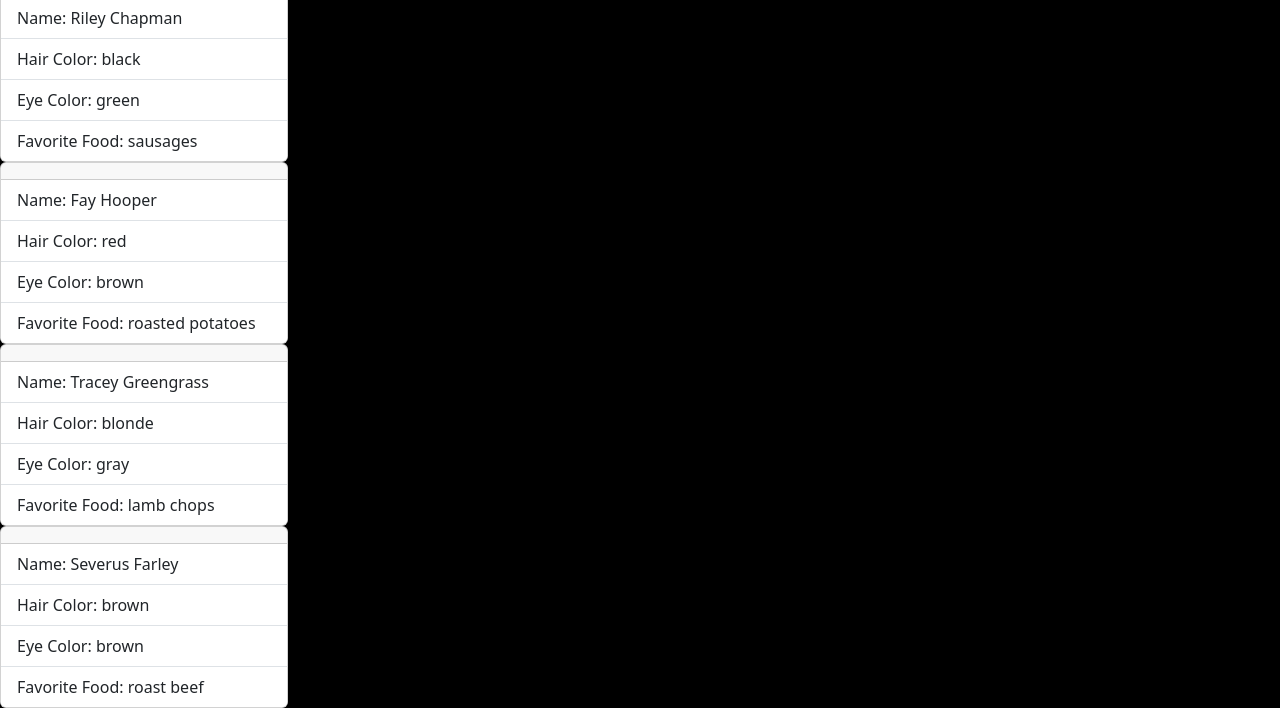
Repository: jontslater/INDIVIDUAL-PROJECT-sorting-hat
Page: index.html
The author's editor kept a copy of each file at every save. The page is drawn from the files as they stood at one save, then again after the next save.
The browser window is 1280 px wide. The pictures show the part of the page from y = 541 to 1249 px (the page is 1249 px tall).
A picture or video elsewhere on the page could not be fetched, so the positions and the page height are approximate.

Above is the page before, as saved 2023-10-30 20:04:54.

### index.html
<!DOCTYPE html>
<html lang="en">
<head>
  <meta charset="UTF-8">
  <meta name="viewport" content="width=device-width, initial-scale=1.0">
  <title>SortingHat</title>

  <link href="https://cdn.jsdelivr.net/npm/bootstrap@5.3.2/dist/css/bootstrap.min.css" rel="stylesheet" integrity="sha384-T3c6CoIi6uLrA9TneNEoa7RxnatzjcDSCmG1MXxSR1GAsXEV/Dwwykc2MPK8M2HN" crossorigin="anonymous">
  <link rel="stylesheet" href="main.css">
</head>
<body>
  <div class="card">
    <div class="card-header">
      <img src="https://media.tenor.com/vkDuuNm40XoAAAAd/hogwarts-legacy-warner-bros-interactive-entertainment.gif" alt="">
    </div>
    <div class="card-body">
      <h5 class="card-title">Hello, I am the sorting hat!</h5>
      <p class="card-text">Right. Right then. Hmmmm. Right.... You are going to house .... </p>
      <button id="btn">Click here</button>
      <form id="form" class="names">
       <input type="text" id="firstLast" />First Name
       <input type="text" id="firstLast" />Last Name
       <input type="text" id="firstLast" />Hair color
       <input type="text" id="firstLast" />Eye color
       <input type="text" id="firstLast" />Favorite food
       <button type="submit" class="btn btn-primary">Enter House</button>
     </form>

    </div>
  </div>



  <div>

  </div>



  <div id="app"></div>

  <script src="https://cdn.jsdelivr.net/npm/bootstrap@5.3.2/dist/js/bootstrap.bundle.min.js" integrity="sha384-C6RzsynM9kWDrMNeT87bh95OGNyZPhcTNXj1NW7RuBCsyN/o0jlpcV8Qyq46cDfL" crossorigin="anonymous"></script>
  <script src="main.js"></script>
</body>
</html>

### main.js
const students =[
  {
    id: 1,
    firstName: "Riley",
    lastName: "Chapman",
    hairColor: "black",
    eyeColor: "green",
    favoriteFood: "sausages",
  },
  {
    id: 2,
    firstName: "Fay",
    lastName: "Hooper",
    hairColor: "red",
    eyeColor: "brown",
    favoriteFood: "roasted potatoes",
  },
  {
    id: 3,
    firstName: "Tracey",
    lastName: "Greengrass",
    hairColor: "blonde",
    eyeColor: "gray",
    favoriteFood: "lamb chops",
  },
  {
    id: 3,
    firstName: "Severus",
    lastName: "Farley",
    hairColor: "brown",
    eyeColor: "brown",
    favoriteFood: "roast beef",
  }
]
const app = document.querySelector("#app");
const btn = document.querySelector("#btn");

const renderToDom = (Students) =>{

  let domString = "";

  for(let student of students){

    domString += `<div class="card" style="width: 18rem;">
    <div class="card-header">
    </div>
    <ul class="list-group list-group-flush">

       <li class="list-group-item">Name:     ${student.firstName} ${student.lastName}
      <li class="list-group-item">Hair Color:     ${student.hairColor}
      <li class="list-group-item">Eye Color:     ${student.eyeColor}
      <li class="list-group-item">Favorite Food:     ${student.favoriteFood}
    </ul>
  </div>`
  }
  const app = document.querySelector("#app")
  app.innerHTML = domString
}

renderToDom(students)

btn.addEventListener("click", () => {
  const form = document.querySelector("form");

  if(form.style.display === "none"){
    form.style.display = "block";
  }else{
    form.style.display = "none";
  }
});

const form = document.querySelector("form");

const createStudent = (event) => {
  event.preventDefault();

  const newStudent = {
    id: students.length +1,
    firstName: document.querySelector("#firstName").value,
    lastName: document.querySelector("#lastName").value,
    hairColor: document.querySelector("hairColor").value,
    eyeColor: document.querySelector("#eyeColor").value,
    favoriteFood: document.querySelector("#favoriteFood").value,
  }
  students.push(newStudent);
  renderToDom(students);
  form.reset();
}
form.addEventListener("submit", createStudent)

Loaded but not shown: main.css (common file)

After the next save:
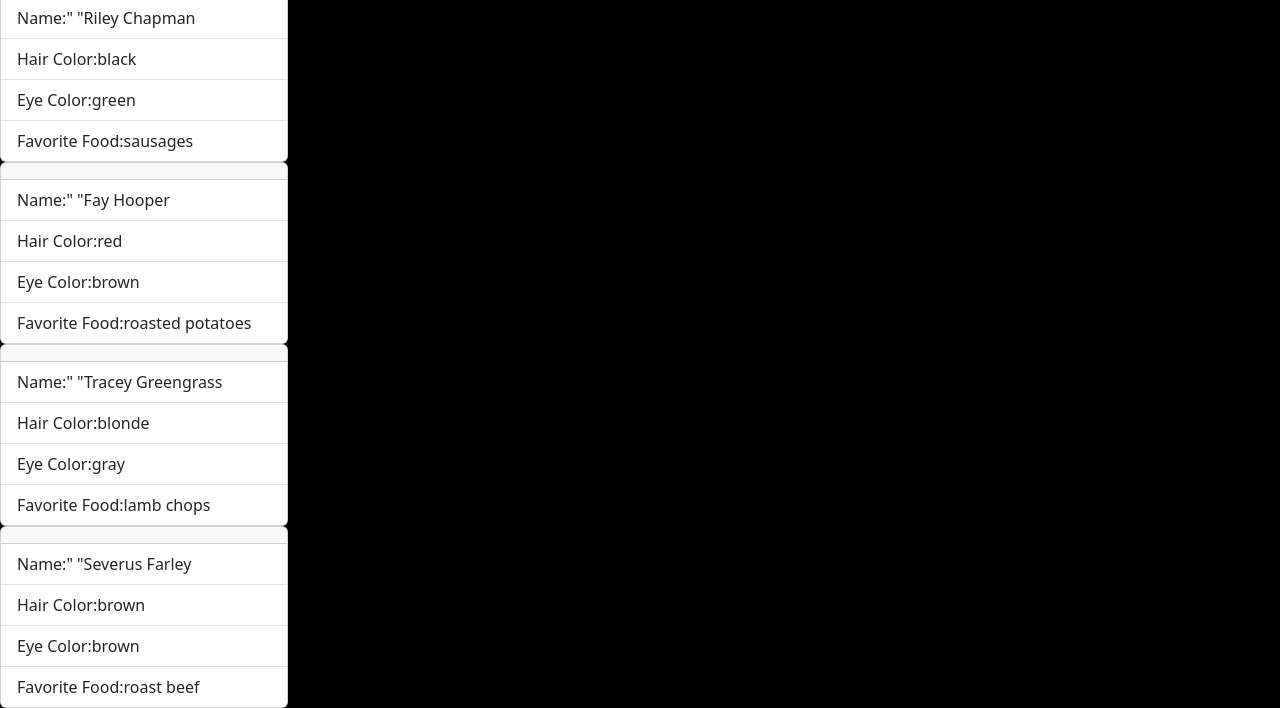
Saved 16 s later.
--- a/main.js
+++ b/main.js
@@ -46,10 +46,10 @@
     </div>
     <ul class="list-group list-group-flush">
 
-       <li class="list-group-item">Name:     ${student.firstName} ${student.lastName}
-      <li class="list-group-item">Hair Color:     ${student.hairColor}
-      <li class="list-group-item">Eye Color:     ${student.eyeColor}
-      <li class="list-group-item">Favorite Food:     ${student.favoriteFood}
+       <li class="list-group-item">Name:"   "${student.firstName} ${student.lastName}
+      <li class="list-group-item">Hair Color:${student.hairColor}
+      <li class="list-group-item">Eye Color:${student.eyeColor}
+      <li class="list-group-item">Favorite Food:${student.favoriteFood}
     </ul>
   </div>`
   }
